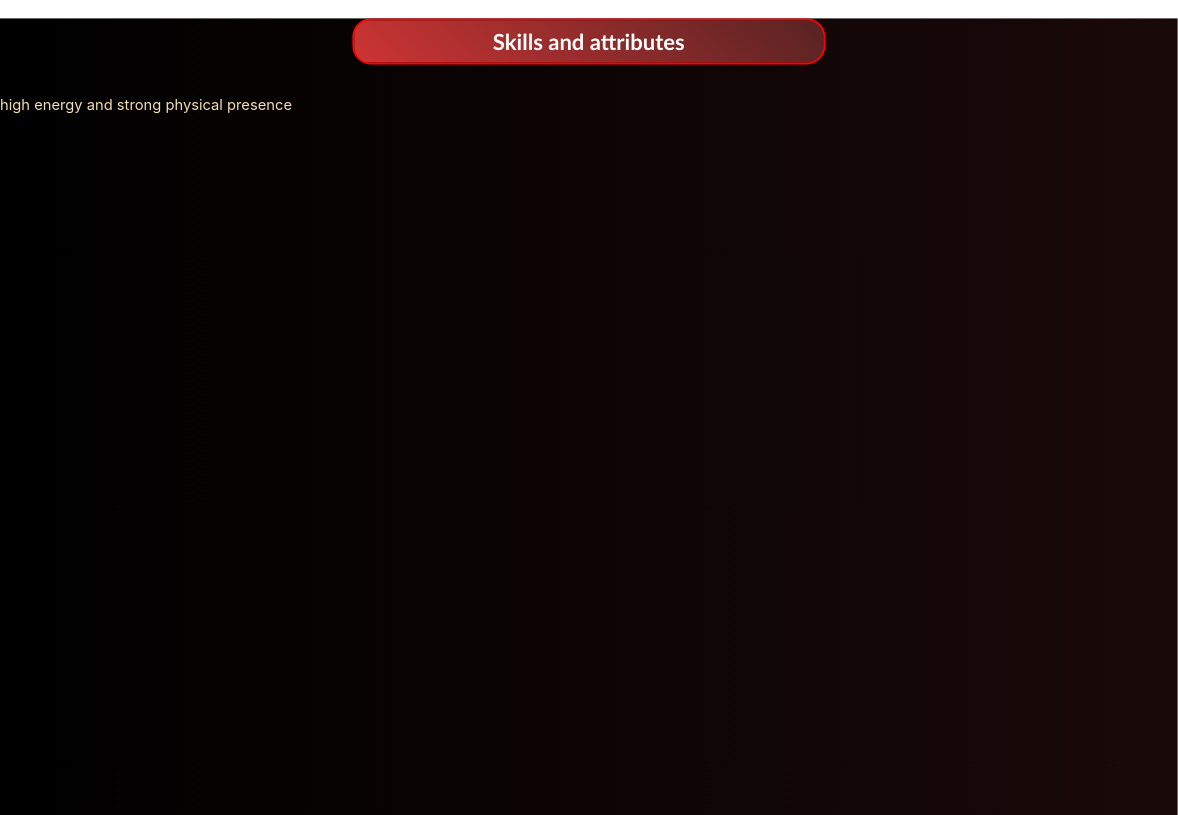
Repository: TMuse333/resume1
Page: /
These files come from the project's save history. The page is drawn as it stood at one moment and after a run of saves; the edit follows.
The browser window is 1280 px wide. The pictures show the whole page, at 92% of full size.
The project was rebuilt for these pictures with package versions that can differ from the ones it lists, and the page was loaded fresh each time. Also part of the build but not shown: vite.config.js, src/components/navbar.jsx, src/components/about.jsx, src/components/contact.jsx, src/components/footer.jsx, src/components/experience.jsx, src/components/carousel.jsx, src/components/experienceCarousel.jsx and 4 more. Imported but missing from the stored project, and not drawn on this page: src/images/best_dunk.mp4.

Above is the page before, as saved 2023-10-18 14:48:38.

### index.html
<!doctype html>
<html lang="en">
  <head>
    <meta charset="UTF-8" />

    <meta name="viewport" content="width=device-width, initial-scale=1.0" />
    <title>Thomas Musial Resume 1</title>
  </head>
  <body>
    <div id="root"></div>
    <script type="module" src="/src/main.jsx"></script>
  </body>
</html>

### src/main.jsx
import './index.css'
import * as React from 'react';
import { StrictMode } from 'react';
import { createRoot } from 'react-dom/client';
import { BrowserRouter } from 'react-router-dom';

import App from './App';

const rootElement = document.getElementById('root');
const root = createRoot(rootElement);

root.render(
  <StrictMode>
    <BrowserRouter>
      <App />
    </BrowserRouter>
  </StrictMode>
);

### src/index.css
:root {
  font-family: Inter, system-ui, Avenir, Helvetica, Arial, sans-serif;
  line-height: 1.5;
  font-weight: 400;

  /* color-scheme: light dark; */
  color: rgba(255, 255, 255, 0.87);
  background-color: #242424;

  font-synthesis: none;
  text-rendering: optimizeLegibility;
  -webkit-font-smoothing: antialiased;
  -moz-osx-font-smoothing: grayscale;
  -webkit-text-size-adjust: 100%;
}

a {
  font-weight: 500;
/* color:black; */
  text-decoration: inherit;
}
a:hover {

}

body {
  margin: 0;
  display: flex;
  place-items: center;
  min-width: 320px;
  min-height: 100vh;
}

h1 {
  font-size: 3.2em;
  line-height: 1.1;
}

button {
  border-radius: 8px;
  border: 1px solid transparent;
  padding: 0.6em 1.2em;
  font-size: 1em;
  font-weight: 500;
  font-family: inherit;

  cursor: pointer;
  transition: border-color 0.25s;
}
button:hover {

}
button:focus,
button:focus-visible {

}

@media (prefers-color-scheme: light) {
  :root {
    /* color: #213547; */
    background-color: #ffffff;
  }
  a:hover {

  }
  button {
    background-color: #f9f9f9;
  }
}

### src/App.jsx
import { useState } from 'react'
import './App.css'
import {
  BrowserRouter as Router,

  Route, Routes

} from "react-router-dom";




import MainLayout from './components/MainLayout';

import { SkillProvider } from './context/context'
import FAQ from './components/FAQ';
import Progress from './components/progress';


function App() {
  return (
    <>

    <SkillProvider>
   <Routes>

      <Route path='/' element={<MainLayout/>}/>
     <Route path="/FAQ" element={<FAQ/>}/>
     <Route path="/progress" element={<Progress/>}/>
      </Routes>
      </SkillProvider>


   </>
  );
}

export default App;

### src/components/MainLayout.jsx
import React from 'react';
import Navbar from './navbar';
import About from './about';
import Skills from './skills';

import ContactForm from './contact';
import Footer from './footer';
import Carousel from './carousel';



import ExperienceCarousel from './experienceCarousel';
import BulletPointList from './bulletPointList';

 // Replace with the actual path to your Navbar component

function MainLayout({ children }) {
  return (
   <>
   {/* <Navbar/> */}
   {/* <About/> */}
   <Skills/>
   {/* <BulletPointList/> */}
  {/* <Carousel/> */}
    {/* <ExperienceCarousel/> */}
    {/* <ContactForm/> */}
    {/* <Footer/> */}
    </>


  );
}

export default MainLayout;

### src/context/context.jsx
// SkillContext.js

import React, { createContext, useContext, useState } from 'react';

// Create the SkillContext
const SkillContext = createContext();

// Create a custom hook for accessing the SkillContext
export function useSkillContext() {
  return useContext(SkillContext);
}

// Create the SkillProvider component
export function SkillProvider({ children }) {
  const [selectedSkillIndex, setSelectedSkillIndex] = useState(null);

  return (
    <SkillContext.Provider value={{ selectedSkillIndex, setSelectedSkillIndex }}>
      {children}
    </SkillContext.Provider>
  );
}

### src/components/skills.jsx
import React, { useEffect, useState } from 'react';
import { motion } from 'framer-motion';
import { attributes } from './skillDesc';

import { services } from './skillDesc';
import { useSkillContext } from '../context/context';

const Skills = () => {
  const [skillsInView, setSkillsInView] = useState(Array(services.length).fill(false));
  const { selectedSkillIndex, setSelectedSkillIndex } = useSkillContext();
  const [isHovered, setIsHovered] = useState(-1)
  const [isSkillDescriptionVisible, setIsSkillDescriptionVisible] = useState(Array(services.length).fill(false));


  const handleSkillClick = (index) => {
    setSelectedSkillIndex(index);
    console.log(selectedSkillIndex)

    setIsSkillDescriptionVisible((prev) => {
      const newIsSkillDescriptionVisible = [...prev];
      newIsSkillDescriptionVisible[index] = !prev[index];

      return newIsSkillDescriptionVisible;
    });
  };



  const handleHover = () => {
        setIsHovered(index)
  }


  const style = (index) =>( {

    height: selectedSkillIndex === index  && isSkillDescriptionVisible[index]? '375px' : '200px',
    transition: 'height 0.3s ease-in-out',
  })





  const staggerVariants = {
    visible: (index) => ({
      opacity: 1,
      x: 0,
       // Always start from the center
      transition: {
        duration:  + 0.5,
      },
    }),
    hidden: (index) => ({
      opacity: 0,
      x: -100, // Alternate between left and right
    }),
  };

  const skillStyles = (index) => ({
    // boxShadow: isHovered === index ? '0 0 100px rgba(10, 128, 0, 1)' : null,
    backgroundColor: isHovered === index ? 'rgba(305, 100, 100, 1)' : 'transparent',

    transform: isHovered === index ? 'scale(1.2)' : 'scale(1)',
    padding: '10px',
    borderRadius: '30px'

});

  useEffect(() => {
    const handleScroll = () => {
      services.forEach((skill, index) => {
        const skillsSection = document.getElementById(`skill-${index}`);
        if (skillsSection) {
          const { top} = skillsSection.getBoundingClientRect();


          const threshold = 100

          // Check if the skills section is in the viewport with the calculated threshold
          const isInView = top < window.innerHeight - threshold  ;
      //    console.log(`Skill ${index} - top: ${top}, window.innerHeight - threshold: ${window.innerHeight - threshold}, isInView: ${isInView}`);
          // Update the skillsInView array with the new in-view state
          setSkillsInView((prevSkillsInView) => {
            const newSkillsInView = [...prevSkillsInView];
            newSkillsInView[index] = isInView || prevSkillsInView[index]; // Update the state to true if already in view
            return newSkillsInView;
          });
        }
      });
    };

    // Add an event listener for scroll
    window.addEventListener('scroll', handleScroll);

    // Clean up the event listener when the component unmounts
    return () => {
      window.removeEventListener('scroll', handleScroll);
    };
  }, []);




  return (
    <section id="skills" className="skills-section">
      <h2 className="section-title">Skills and attributes</h2>
      <div className="skills-container ">
        {attributes.map((skill, index) => (
          <motion.div
            key={index}
            id={`skill-${index}`} // Unique ID for each skill
            className="attribute-container"
            variants={staggerVariants}
            initial="hidden"
            animate={skillsInView[index] ? 'visible' : 'hidden'}
            custom={index}
            style={style(index)}


          >

            <p>{skill.name}</p>


                {/* <div className='skill-description'>
                {skill.description}

                </div> */}



              {/* {isSkillDescriptionVisible[index] && selectedSkillIndex === index? skill.description : null} */}


               {/* <button
                onClick={() => handleSkillClick(index)}
                style={skillStyles(index)}
                onMouseEnter={()=>setIsHovered(index)}
                onMouseLeave={()=>setIsHovered(-1)}>
                   {isSkillDescriptionVisible[index] && selectedSkillIndex ===index ? 'close' : 'learn more'}
               </button> */}






          </motion.div>
        ))}
      </div>
    </section>
  );
};

export default Skills;

### src/components/skillDesc.js
import vegeta from '../images/vegeta-battle.png';
import majinVegeta from '../images/majin-vegeta.png'
import kakashi from '../images/kakashi-susanoo.jpg'
import abu from '../images/abu.png'
import obito from '../images/war_obito.jpg'
import ss1goku from '../images/ss1-goku.png'
import kakashi1 from '../images/first-kakashi.jpg'
import itachi1 from '../images/first-itachi.png'
import susanoo from '../images/susanoo.jpg'
import abuFlex from '../images/aboubacar-5-fire.png'
import vegeta1 from '../images/first-vegeta.png'
import abu1 from '../images/abu3.jpg'
import broly from '../images/broly.jpg'



import dunk from '../images/important_dunk.jpg'
import art from '../images/vegeta_progress.jpg'
import muscle from '../images/muscular_thomas.png'
import goku from '../images/goku-vs-jiren.jpg'

import smallTom from '../images/progress-pics/biggerTMuse.jpg'
import biggerTom from '../images/progress-pics/biggerTMuse.jpg'






export const experiences = [
  {
    title: 'Gym progress',
    description: 'Since the age of 13, I have been dedicated to building a strong body through weight training. '+
    'This has given me a high work capacity and how to deal with stress and work through it, which Im sure is an important skill for sales',
    image: muscle,
    height: 200,
    width: 30,
    maxWidth: 350,
    index:0


  },
  {
    title: 'Drawing progress',
    description: 'Ever since I was a young boy, I have been into drawing, it taught me how to really focus on a particular object and copy it detail for detail '+
    'I am sure I will be able to apply the focus and attention to detail into a sales career! Im sure it will also translate into creating useful and unique advertisements!',
    image: abuFlex,
    height: 50,
    width: 80,
    maxWidth: '300',
    index:1


  },
  {
    title: 'Dunking progress',
    description: "Wanting to ability to dunk for basketball, I dedicated myself to vertical jump training, "+
    "which took a lot more effort and planning than regular bodybuilding. "+
    "I will take the same structured approach to learning the art of sales!",
    image: dunk,
    height: 500,
    width: 250,
    maxWidth: '300',
    index:2

  },


]





  export const services = [
    {
      name: 'A very disciplined and focused individual',
      description: 'I live a very structured life to ensure that no precious time is wasted.'+
      'I always ensure to get around 2 to 4 hours of concentrated work with no distractions in a day while going to the gym first thing in the morning.'+
      ' while ending the day with an hour long meditation.'
    },
    // {
    //   name: 'Strong thirst for knowledge',
    //   description: 'I am always looking for new ways to improve my life and learn how the world works and why. '+
    //   'Over the last two years I have read approximately 45 books covering subjects on self development, psychology and quantum physics among other subjects '+
    //   "to try and understand the best way to navigate through life"
    // },
    // {
    //   name: 'Very calm individual and high stress tolerance',
    //   description: "As a very focused person, I dont let other meaningless external factors effect the primary objective."+
    //   'Through years of competitive basketball and years of weight lifting, I have learned how to preform under pressure situations '+
    //   'and complete the objective. I also practice stoicism and accept things the way they are and focus only on what I can control.'
    // },
    // {
    //   name: 'Very coachable',
    //   description:
    //   'Through out my basketball years I was very obidient to my coaches and did as I was told.'+
    //   'I will take whatever sales training you give me very seriously and do my best to implement it effectivley'
    // },
    // {
    //   name: 'Very tenacious',
    //   description: `Whatever task or subject I've taken on in my life, I have dedicated substantial periods of time to improve at it,` +
    //   'Whenever I put my mind to something I put all of my effort into it and made great improvements at it.'+
    //   " I am ready for sales to be the next thing I become great at."
    // },
    // {
    //   name: 'Competent with technology',
    //   description: 'I completed two years of computer science at Dalhousie university, giving me a solid foundation on how '+
    //   "to use technology. I even built this website myself!"
    // },
    // {
    //   name: 'Very well presented',
    //   description: 'I am aware that how you present yourself matters in a sales job '+
    //   "and I put substantial effort into my appearance by staying in great shape and putting together nice business orientated outfits on to be taken seriously"
    // },
    // {
    //   name: 'Thrives on diligence and hard work.',
    //   description: 'I am a man who is built to work, especially at my young age of 20 where I have large amounts of energy to expend.'+
    //   `I always put my best effort forward because I dislike being lazy and wasting all of my potential, as you only live once.` +
    //   'Where ever I go I put my best foot forward and do my best to gain the maximum benefit from anything I do'
    // },
    // Add more services here if needed
  ];


export const progress = [


  {
    name:'art progress',
    images:[
      {
        name:vegeta1,
        style: {
          width:'50vw',
          maxWidth: '400px',
          maxHeight: null,
          transform: 'translateY(25%)'
        }
      },

      {
        name:vegeta,
        style: {
          width:'50vw',
          maxWidth: '400px',
          maxHeight:'600px'
        }
      },
      {
        name:ss1goku,
        style: {
          width:'50vw',
          maxWidth: '400px',
          maxHeight: '454px',
          transform: 'translateY(25%)',
         // height:'454px'
        }
      },
      {
        name:broly,
        style: {
          width:'50vw',
          maxWidth: '400px',
          maxHeight:'600px'
        }
      },
      {
        name:kakashi1,
        style: {
          width:'50vw',
          maxWidth: '400px',
          maxHeight: null,
          transform: 'translateY(25%)'
        }
      },
      {
        name:kakashi,
        style: {
          width:'50vw',
          maxWidth: '400px',
          maxHeight:'600px'
        }
      },
      {
        name:abu1,
        style: {
          width:'50vw',
          maxWidth: '400px',
          maxHeight:'600px',
        //  height: '231px'
        }
      },
      {
        name:abuFlex,
        style: {
          width:'50vw',
          maxWidth: '400px',
          maxHeight:'600px',
          transform: 'translateY(20%)',
      //  height:'311px'
        }
      },

    ],
    description:
    'art is phenomenal'

  },

]


export const attributes = [
  {
    name: 'high energy and strong physical presence',
    description:'I have been committed to rigorous physical training my whole life, '+
    'this has given me lots of energy and a strong physical presence which Im sure will '+
    'help me in sales'
  },
  {
    name:'excels in creativity visual communication',
    description:'I have made multiple highlight reel videos and have an extenisive art '+
    'collection of characters that I have drawn, Ive always been great at coming up with ideas.'+
    'I will be able to make great advertisements for cars!'
  },
  {
    name:'very tenacious person',
    description:'Whatever endeavour I have done in my life, I have always given it my best effort '+
    'wether it has been basketball, which I played competitively for 10 years, bodybuilding, or vertical jump training, art or '+
    'anything else, I always look for the best way to improve at anything I set my mind to and make fantasitc progress and dont stop '+
    'showing up until the job gets done. Sales will be the exact same.'
  },
  {
    name:'Very good at karaoke',
    description:'I have around 1-2 hours of songs that I can sing along with word for word, '+
    "I'm sure it will translate well into memorizing any sales script you give me and being to articulate it well"
  },

]

Loaded but not shown: src/App.css (713 lines, source omitted)

After the next 3 saves:
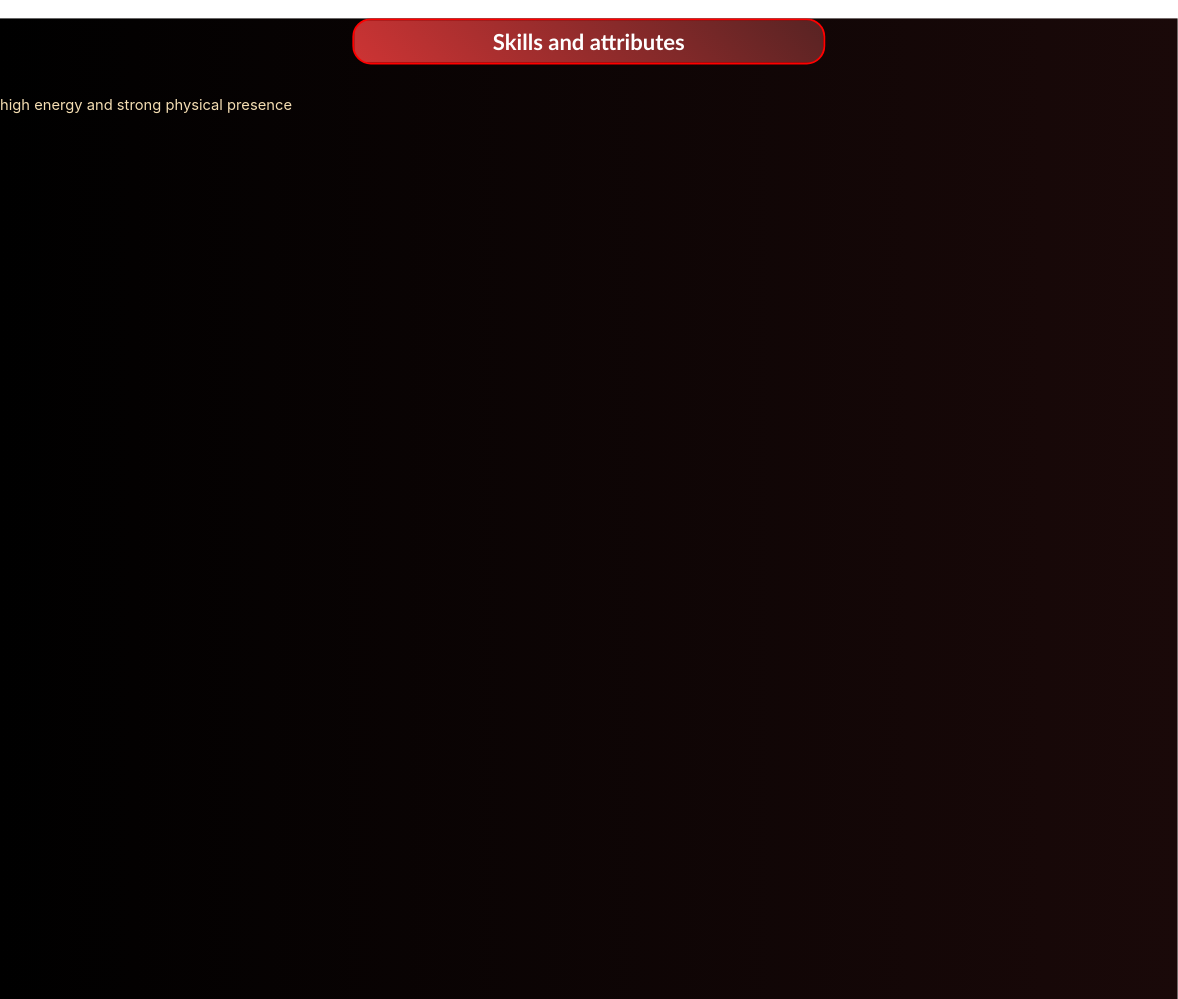
The 3 saves are shown as one change because 1 did not build or start and some came seconds apart.
The last was saved 40 s later.
--- a/src/components/skillDesc.js
+++ b/src/components/skillDesc.js
@@ -236,5 +236,7 @@ export const attributes = [
     description:'I have around 1-2 hours of songs that I can sing along with word for word, '+
     "I'm sure it will translate well into memorizing any sales script you give me and being to articulate it well"
   },
-
+  {
+    name:'Very stoic'
+  }
 ]
